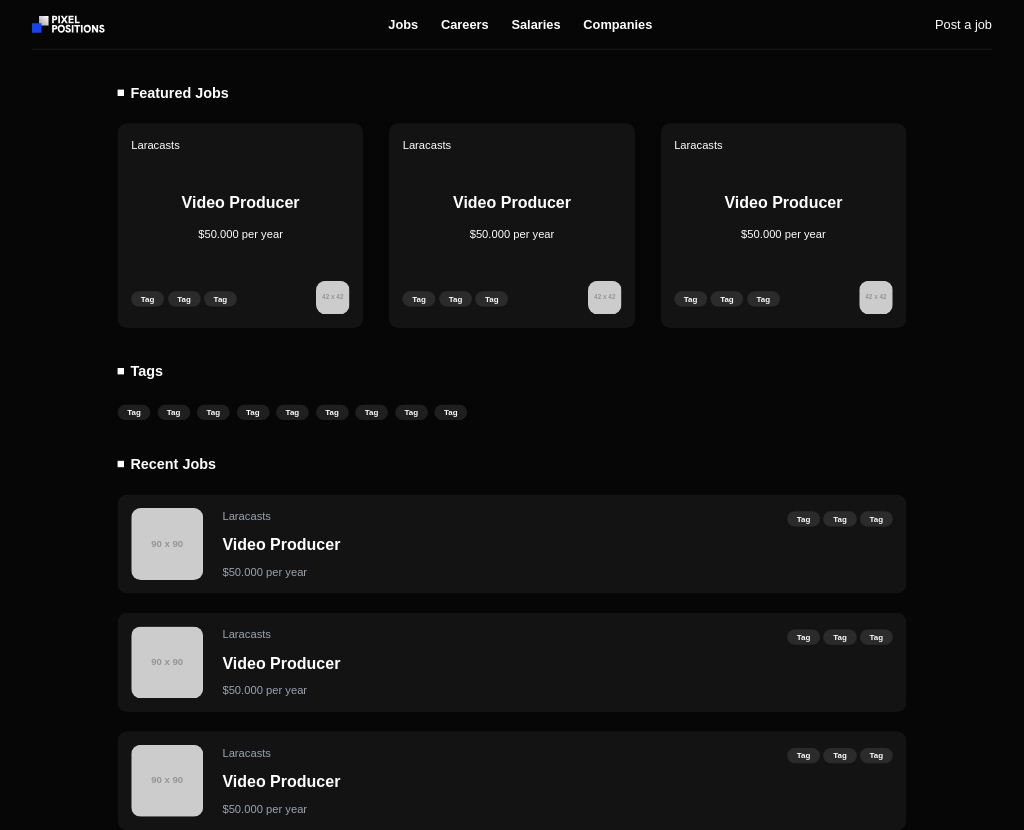
Repository: aggepap/pixel-positions-laravel
Page: http://localhost/
An editor plug-in stored every save of this project. The page is shown before and after a run of saves, followed by the edit.
The browser window is 1280 px wide. The pictures show the whole page, at 80% of full size.
Some web fonts or font styles are not loaded; a fallback is used. The page is served by the project's Laravel application, run on PHP 8.4 with Laravel 12. Other server files are loaded and not shown. Style sheets and scripts are compiled from the project's sources, by tool versions that may differ from the author's.

Above is the page before, as saved 2025-02-21 22:13:51.

### resources/views/welcome.blade.php
<x-layout>
    <div class="space-y-10">
    <section>
      <x-section-heading>Featured Jobs</x-section-heading>
        <div class="grid lg:grid-cols-3 gap-8 mt-6">   <x-job-card />
            <x-job-card />
            <x-job-card />
        </div>

    </section>
    <section>
       <x-section-heading>Tags</x-section-heading>

       <div class="mt-6 space-x-1">
        <x-tag>Tag</x-tag>
        <x-tag>Tag</x-tag>
        <x-tag>Tag</x-tag>
        <x-tag>Tag</x-tag>
        <x-tag>Tag</x-tag>
        <x-tag>Tag</x-tag>
        <x-tag>Tag</x-tag>
        <x-tag>Tag</x-tag>
        <x-tag>Tag</x-tag>
       </div>
    </section>
   <section>
    <x-section-heading>Recent Jobs</x-section-heading>

    <div class="mt-6 space-y-6">
        <x-job-card-wide />
        <x-job-card-wide />
        <x-job-card-wide />
        </div>
    </section>
</div>
</x-layout>

### resources/views/components/section-heading.blade.php
<div class="inline-flex items-center gap-2">
  <span class="w-2 h-2 bg-white inline-block"  ></span>
<h3 class="text-lg font-bold">

  {{$slot}}</h3></div>

### resources/views/components/job-card.blade.php
<div class="p-4 bg-white/5 rounded-xl flex flex-col gap-4 text-center border border-transparent hover:border-blue-800 transition-colors duration-300 cursor-pointer group">

  <div class="self-start text-sm">Laracasts</div>
  <div class="py-8"><h3 class="group-hover:text-blue-500 transition-colors duration-300 text-xl  font-bold">Video Producer</h3>
  <p class="text-sm mt-4">$50.000 per year</p></div>
  <div class="flex justify-between items-center mt-auto">
      <div class="">
     <x-tag>Tag</x-tag>
     <x-tag>Tag</x-tag>
     <x-tag>Tag</x-tag>

  </div>
  <x-employer-logo :width=42></x-employer-logo>

  </div>
</div>

### resources/views/components/tag.blade.php
<a href="#" class="bg-white/10 px-3 py-1 rounded-xl text-2xs hover:bg-white/25 font-bold  transition-colors duration-300 ">{{$slot}}</a>

### resources/views/components/employer-logo.blade.php
@props(['width' => '90'])

<img src="https://placehold.co/{{$width}}" alt="" class="rounded-xl">

### resources/views/components/job-card-wide.blade.php
<div class=" p-4 bg-white/5 rounded-xl flex gap-x-6  border border-transparent hover:border-blue-800 transition-colors duration-300 cursor-pointer group">
  <x-employer-logo :width=90></x-employer-logo>
  <div class="flex-1 flex flex-col justify-between">

  <a href="#" class="self-start text-sm text-gray-400">Laracasts</a>
  <h3 class="font-bold text-xl mt-3 group-hover:text-blue-500 transition-colors duration-300">Video Producer</h3>
  <p class="text-sm text-gray-400 mt-auto">$50.000 per year</p>
</div>

      <div class=" ">
     <x-tag>Tag</x-tag>
     <x-tag>Tag</x-tag>
     <x-tag>Tag</x-tag>

  </div>

</div>

### resources/views/components/layout.blade.php
<!DOCTYPE html>
<html lang="en">
<head>
  <meta charset="UTF-8">
  <meta name="viewport" content="width=device-width, initial-scale=1.0">
  <title>Pixel Positions</title>
  <link rel="preconnect" href="https://fonts.googleapis.com">
<link rel="preconnect" href="https://fonts.gstatic.com" crossorigin>
<link href="https://fonts.googleapis.com/css2?family=Hanken+Grotesk:ital,wght@400;500;600&display=swap" rel="stylesheet">
  @vite(['resources/js/app.js', 'resources/css/app.css'])
</head>
<body class="bg-black text-white font-hanken">
  <div class="px-10">
    <nav class="flex justify-between items-center py-4 border-b border-white/10">
      <div class="">
        <a href="/"> <img src="{{Vite::asset('resources/images/logo.svg')}}" alt="Logo"></a>

      </div>
      <div class="space-x-6 font-bold"><a href="#">Jobs</a>
      <a href="#">Careers</a>
      <a href="#">Salaries</a>
       <a href="#">Companies</a>
      </div>
      <div class=""><a href="#">Post a job</a></div>
    </nav>
    <main class="mt-10 max-w-[986px] mx-auto">{{$slot}}</main>
  </div>
</body>
</html>

### resources/images/logo.svg
<svg width="92" height="29" viewBox="0 0 92 29" fill="none" xmlns="http://www.w3.org/2000/svg">
    <path fill="url(#eq4u6l1jfa)" d="M8.787 4.021h11.877v11.877H8.787z"/>
    <path fill="#1544EF" d="M0 13.107h11.877v11.877H0z"/>
    <path d="M25.16 13V3.653h3.285c2.159 0 3.245.899 3.245 2.75 0 1.863-1.113 2.842-3.245 2.842H27.25V13H25.16zm2.091-5.686h.979c.858 0 1.354-.134 1.354-.885 0-.71-.429-.845-1.354-.845h-.979v1.73zM32.846 13V3.653h2.106V13h-2.106zm2.988 0 3.044-4.64-3.057-4.707h2.521L40.34 6.9l1.998-3.246h2.508L41.788 8.36 44.846 13h-2.521l-1.998-3.124L38.355 13h-2.52zm9.872 0V3.653h6.276v1.931h-4.17v1.61h3.969v1.944h-3.97v1.931h4.17V13h-6.275zm7.936 0V3.653h2.105v7.416h3.836V13h-5.941zM25.16 24.574v-9.347h3.285c2.159 0 3.245.898 3.245 2.75 0 1.863-1.113 2.842-3.245 2.842H27.25v3.755H25.16zm2.091-5.686h.979c.858 0 1.354-.134 1.354-.885 0-.71-.429-.845-1.354-.845h-.979v1.73zm9.367 5.927c-2.71 0-4.573-1.971-4.573-4.908 0-2.95 1.864-4.921 4.573-4.921 2.735 0 4.586 1.957 4.586 4.921 0 2.95-1.878 4.908-4.586 4.908zm0-2.011c1.515 0 2.467-1.113 2.467-2.897 0-1.797-.952-2.91-2.467-2.91-1.502 0-2.468 1.086-2.468 2.91 0 1.81.966 2.897 2.468 2.897zm8.63 1.97c-1.944 0-3.472-1.166-3.754-2.95l2.092-.522c.094 1.1.764 1.609 1.703 1.609.684 0 1.247-.335 1.247-1.046 0-.43-.429-.751-1.65-1.247-1.997-.805-2.721-1.542-2.721-2.977 0-1.556 1.22-2.655 3.057-2.655 1.3 0 2.347.603 2.95 1.81l-1.743 1.086c-.282-.684-.738-1.032-1.274-1.032-.483 0-.885.308-.885.75 0 .456.362.778 1.703 1.301 2.011.778 2.655 1.449 2.655 2.776 0 1.85-1.475 3.098-3.38 3.098zm4.478-.2v-9.347h2.106v9.347h-2.106zm5.724 0v-7.416h-2.736v-1.931h7.59v1.931h-2.722v7.416H55.45zm5.735 0v-9.347h2.105v9.347h-2.105zm7.91.241c-2.71 0-4.573-1.971-4.573-4.908 0-2.95 1.864-4.921 4.573-4.921 2.735 0 4.586 1.957 4.586 4.921 0 2.95-1.878 4.908-4.586 4.908zm0-2.011c1.515 0 2.467-1.113 2.467-2.897 0-1.797-.952-2.91-2.467-2.91-1.502 0-2.468 1.086-2.468 2.91 0 1.81.966 2.897 2.468 2.897zm11.487-7.577h2.105v9.347h-2.159l-3.513-5.726v5.726h-2.106v-9.347h2.146l3.527 5.7v-5.7zm6.848 9.548c-1.945 0-3.473-1.167-3.755-2.95l2.092-.523c.094 1.1.764 1.609 1.703 1.609.684 0 1.247-.335 1.247-1.046 0-.43-.429-.751-1.65-1.247-1.997-.805-2.721-1.542-2.721-2.977 0-1.556 1.22-2.655 3.057-2.655 1.3 0 2.347.603 2.95 1.81l-1.743 1.086c-.282-.684-.738-1.032-1.274-1.032-.483 0-.885.308-.885.75 0 .456.362.778 1.703 1.301 2.011.778 2.655 1.449 2.655 2.776 0 1.85-1.475 3.098-3.38 3.098z" fill="#fff"/>
    <defs>
        <linearGradient id="eq4u6l1jfa" x1="20.5" y1="4" x2="8" y2="16.5" gradientUnits="userSpaceOnUse">
            <stop stop-color="#fff"/>
            <stop offset="1" stop-color="#999"/>
        </linearGradient>
    </defs>
</svg>

### tailwind.config.js
import defaultTheme from "tailwindcss/defaultTheme";

/** @type {import('tailwindcss').Config} */
export default {
    content: [
        "./vendor/laravel/framework/src/Illuminate/Pagination/resources/views/*.blade.php",
        "./storage/framework/views/*.php",
        "./resources/**/*.blade.php",
        "./resources/**/*.js",
        "./resources/**/*.vue",
    ],
    theme: {
        extend: {
            fontFamily: {
                sans: ["Figtree", ...defaultTheme.fontFamily.sans],
            },
            colors: {
                black: "#060606",
            },
            fontFamily: {
                hanken: ["Hanken", "sans-serif"],
            },
            fontSize: {
                "2xs": "0.625rem",
            },
        },
    },
    plugins: [],
};

### resources/views/components/panel.blade.php
<div class="p-4 bg-white/5 rounded-xl flex flex-col gap-4 text-center border border-transparent hover:border-blue-800 transition-colors duration-300 cursor-pointer group">
{{$slot}}
</div>

Loaded but not shown: app/Providers/AppServiceProvider.php (common file); routes/web.php (common file); resources/css/app.css (common file)

After the next 2 saves:
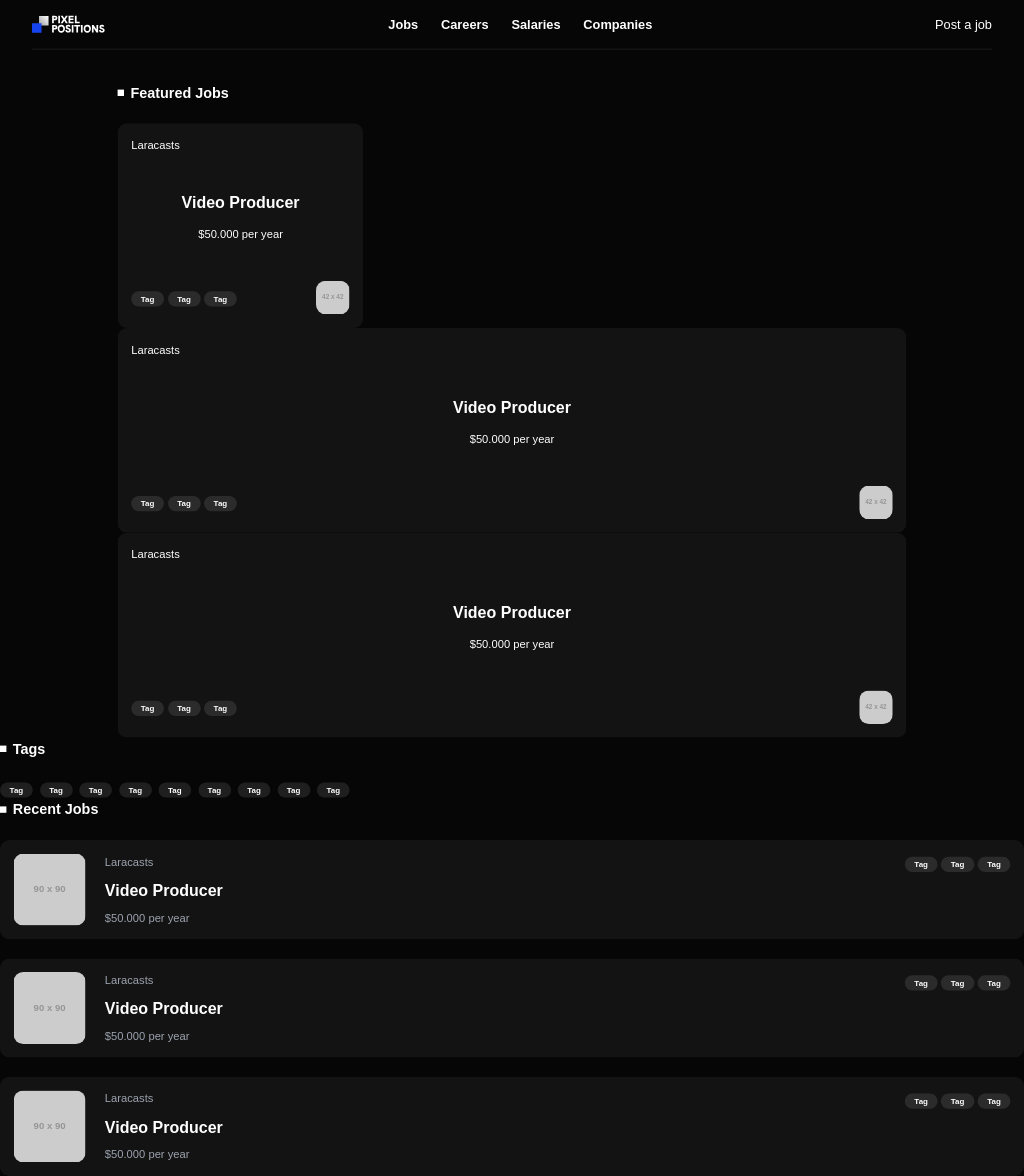
The 2 saves are shown as one change because 1 did not build or start.
The last was saved 57 s later.
--- a/resources/views/components/job-card.blade.php
+++ b/resources/views/components/job-card.blade.php
@@ -1,8 +1,7 @@
-<div class="p-4 bg-white/5 rounded-xl flex flex-col gap-4 text-center border border-transparent hover:border-blue-800 transition-colors duration-300 cursor-pointer group">
-
+<x-panel>
   <div class="self-start text-sm">Laracasts</div>
-  <div class="py-8"><h3 class="group-hover:text-blue-500 transition-colors duration-300 text-xl  font-bold">Video Producer</h3>
-  <p class="text-sm mt-4">$50.000 per year</p></div>
+     <div class="py-8"><h3 class="group-hover:text-blue-500 transition-colors duration-300 text-xl  font-bold">Video Producer</h3>
+     <p class="text-sm mt-4">$50.000 per year</p></div>
   <div class="flex justify-between items-center mt-auto">
       <div class="">
      <x-tag>Tag</x-tag>
@@ -14,3 +13,4 @@
 
   </div>
 </div>
+</x-panel>

After the save that followed:
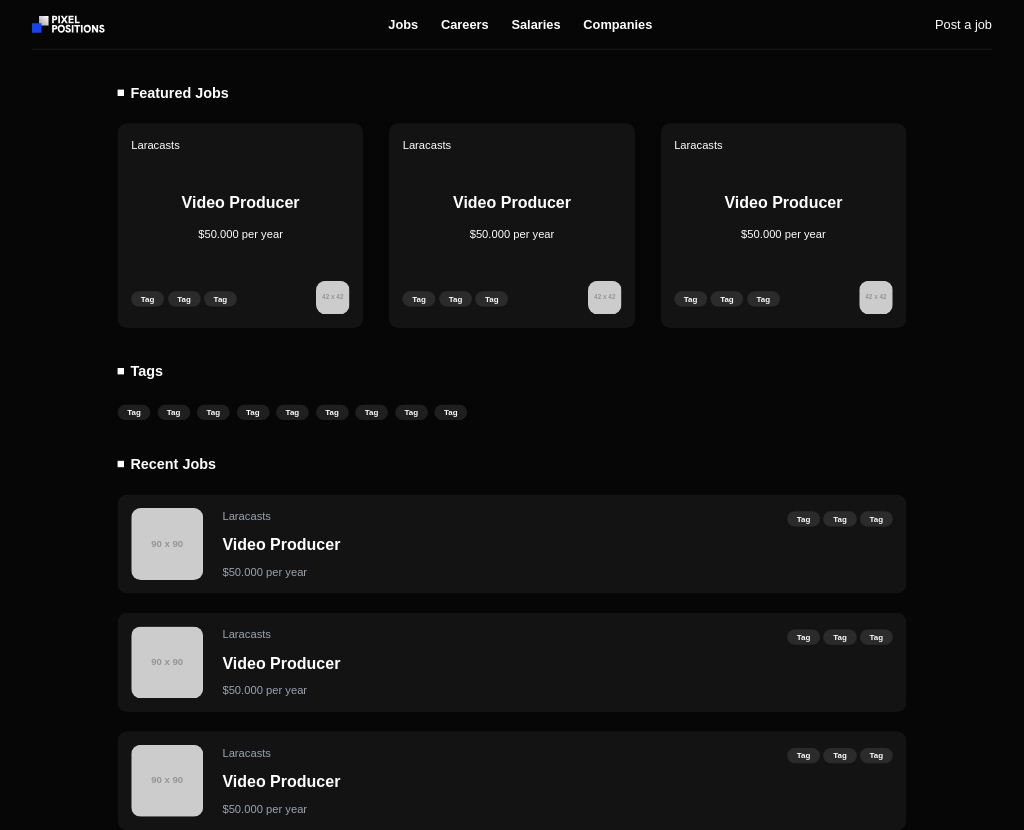
Saved 35 s later.
--- a/resources/views/components/job-card.blade.php
+++ b/resources/views/components/job-card.blade.php
@@ -12,5 +12,5 @@
   <x-employer-logo :width=42></x-employer-logo>
 
   </div>
-</div>
+
 </x-panel>
